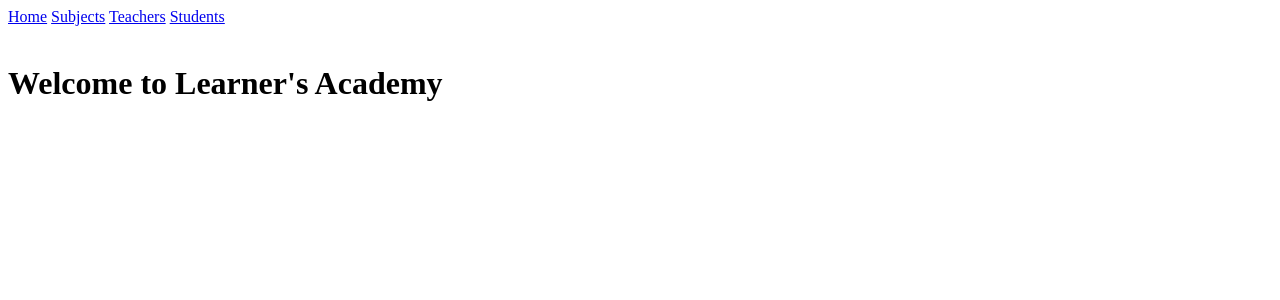
Repository: shubhamsingh331/Learners_Academy
Page: http://localhost/LearnersAcademy/Homepage.jsp
These files come from the project's save history. The page is drawn as it stood at one moment and after the next save; the edit follows.
The browser window is 1280 px wide. The pictures show the whole page.
The page is served by Tomcat 9. Other server files are loaded and not shown.

Above is the page before, as saved 2023-10-11 07:58:18.

### LearnersAcademy/src/main/webapp/Homepage.jsp
<%@ page language="java" contentType="text/html; charset=ISO-8859-1"
    pageEncoding="ISO-8859-1"%>
<!DOCTYPE html>
<html>
<head>
<meta charset="ISO-8859-1">
<title>Homepage</title>
</head>
<body>

<div class="topnav">
  <a class="active" href="Homepage.jsp">Home</a>
  <a href="Subjects/Subject.jsp">Subjects</a>
  <a href="Teachers/Teachers.jsp">Teachers</a>
  <a href="#about">Students</a>
</div><br>

<h1>Welcome to Learner's Academy</h1>
</body>
</html>

After the next save:
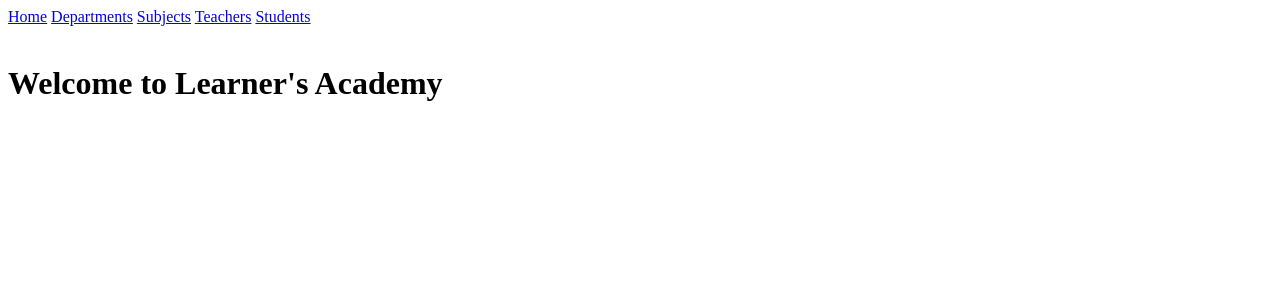
Saved 42 s later.
--- a/LearnersAcademy/src/main/webapp/Homepage.jsp
+++ b/LearnersAcademy/src/main/webapp/Homepage.jsp
@@ -10,6 +10,7 @@
 
 <div class="topnav">
   <a class="active" href="Homepage.jsp">Home</a>
+  <a href="Department/Department.jsp">Departments</a>
   <a href="Subjects/Subject.jsp">Subjects</a>
   <a href="Teachers/Teachers.jsp">Teachers</a>
   <a href="#about">Students</a>
